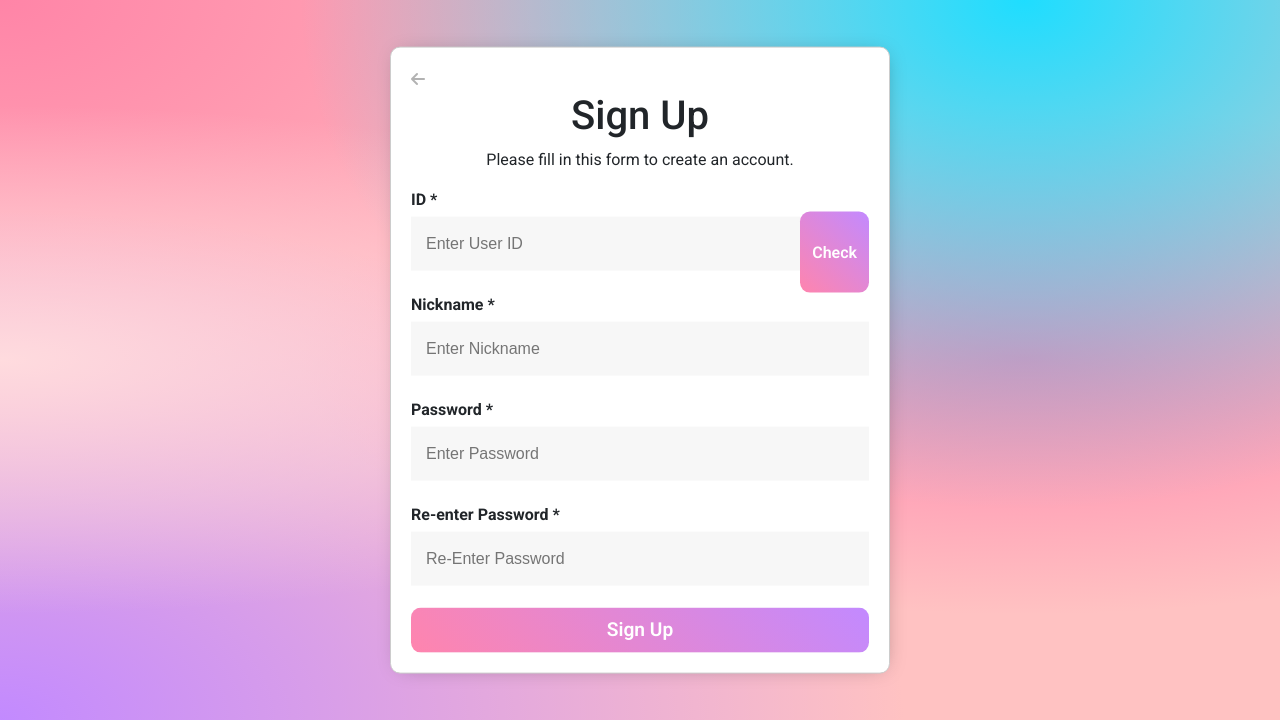
Repository: Jae-yi/JSPMybatis
Page: http://localhost/JspMybatisSub/WEB-INF/views/page/register.jsp
An editor plug-in stored every save of this project. The page is shown before and after the next save, followed by the edit.
The browser window is 1280 px wide. The pictures show the whole page.
Some web fonts or font styles are not loaded; a fallback is used. Some web libraries are served in a nearby version. The page is served by Tomcat 9. Nobody is signed in. Other server files are loaded and not shown. The template is opened directly, without the code that normally fills it, so the values that code supplies are empty.

Above is the page before, as saved 2023-02-01 11:13:17.

### JspMybatisSub/src/main/webapp/WEB-INF/views/page/register.jsp
<%@ page language="java" contentType="text/html; charset=UTF-8"
	pageEncoding="UTF-8"%>
<!DOCTYPE html>
<html>
<%@ include file="../include/style.jsp"%>
<link href="resources/css/register.css" rel="stylesheet" type="text/css">
<head>
<meta charset="UTF-8">
<script src="https://kit.fontawesome.com/3f27d28028.js"
	crossorigin="anonymous"></script>
<script src="https://ajax.aspnetcdn.com/ajax/jQuery/jquery-3.3.1.min.js"></script>
<script>

	// 아이디 중복체크 여부 체크
	var idck = 0;

	$(document).ready(function() {

		//뒤로가기 버튼
		$("#goBack").click(function(e) {
			e.preventDefault();
			history.back();
		})

		// 아이디 중복체크
		$("#duplIdCheck").click(function(e) {
			e.preventDefault();
			duplIdCheck();
		})

		// 회원가입
		$("#submitBtn").click(function(e) {
			e.preventDefault();
			signUp();
		})

	});

	// 비밀번호 일치 여부 확인
	$(function() {
		$("#pwdSuccess").hide();
		$("#pwdFail").hide();
		$("#rePwd").keyup(function() {
			var pwd = $("#pwd").val();
			var rePwd = $("#rePwd").val();
			if (rePwd == "") {
				$("#pwdSuccess").hide();
				$("#pwdFail").hide();
			} else if (pwd != "" || rePwd != "") {
				if (pwd == rePwd) {
					$("#pwdSuccess").show();
					$("#pwdFail").hide();
					$("#rePwd").removeClass("is-invalid")
					$("#submitBtn").removeAttr("disabled");
				} else {
					$("#pwdSuccess").hide();
					$("#pwdFail").show();
					$("#rePwd").addClass("is-invalid")
					$("#submitBtn").attr("disabled", "disabled");
				}
			}
		});
	});

	$(function() {
		$("#pwdSuccess").hide();
		$("#pwdFail").hide();
		$("#pwd").keyup(function() {
			var pwd = $("#pwd").val();
			var rePwd = $("#rePwd").val();
			if (rePwd == "") {
				$("#pwdSuccess").hide();
				$("#pwdFail").hide();
			} else if (pwd != "" || rePwd != "") {
				if (pwd == rePwd) {
					$("#pwdSuccess").show();
					$("#pwdFail").hide();
					$("#rePwd").removeClass("is-invalid")
					$("#submitBtn").removeAttr("disabled");
				} else {
					$("#pwdSuccess").hide();
					$("#pwdFail").show();
					$("#rePwd").addClass("is-invalid")
					$("#submitBtn").attr("disabled", "disabled");
				}
			}
		});
	});

	function duplIdCheck() {
		//비동기 통신 선언 (ajax)
		$.ajax({
			type : "GET",
			url : "/idDuplCheck",
			dataType : "json",
			data : {
				id : $('#id').val(),
			}, //전송할 데이터
			success : function(data) {

				if (data.duplId == true) {
					alert('중복된 아이디입니다. 다른 아이디를 사용해주세요.');
				} else {
					alert('사용가능한 아이디입니다.');
					idck = 1;
				}
			},

		});

	};

	function signUp() {

		if (idck == 0) {
			alert('아이디 중복여부를 체크해주세요.')
		} else {
			//비동기 통신 선언 (ajax)
			$.ajax({
				type : "POST",
				url : "/signUp",
				dataType : "json",
				data : {
					id : $('#id').val(),
					pwd : $('#pwd').val(),
					nickname : $('#nickname').val(),
				}, //전송할 데이터
				success : function(data) {

					if (data.signUp == true) {
						alert('🎉 회원가입에 성공하였습니다! 🎉');
						location.href = "/";

					} else {
						alert('회원가입에 실패하였습니다😭');
					}
				},

			});
		}
	};
</script>
</head>
<body>
	<form>
		<div class="container">
			<i class="fa-sharp fa-solid fa-arrow-left" id="goBack"></i>
			<h1 style="text-align: center">Sign Up</h1>
			<p style="text-align: center">Please fill in this form to create
				an account.</p>

			<label for="email"><b>ID *</b></label>
			<div id ="idInputDiv" style="display:flex">
			<input type="text"
				name="username" id = "id" placeholder="Enter User ID" required>
			<button type="button" class="btn btn-outline-primary" id="duplIdCheck">Check</button>
			</div>
			<label
			for="nickname"><b>Nickname *</b></label>
			<input type="text" id="nickname"
			placeholder="Enter Nickname" name="nickname" required>
			<label
			for="psw"><b>Password *</b></label>
			<input type="password" id="pwd"
			placeholder="Enter Password" name="pwd" required>
			<label
			for="rePwd"><b>Re-enter Password *</b></label>
			 <input type="password" id="rePwd"
			placeholder="Re-Enter Password" name="rePwd" required>
			<span id="pwdFail" style="color:red;"><strong>비밀번호가 일치하지 않습니다.</strong></span>
			<span id="pwdSuccess" style="color:blue;"><strong>비밀번호가 일치합니다.</strong></span>

			<button type="submit" class="submitBtn" id="submitBtn">Sign Up</button>
		</div>
	</form>
</body>
</html>

### JspMybatisSub/src/main/webapp/WEB-INF/views/include/style.jsp
<%@ page language="java" contentType="text/html; charset=UTF-8"
	pageEncoding="UTF-8"%>
<head>
<meta charset="UTF-8">
<title>INTELLIJ2's PROJECT</title>

<!-- Bootstrap : CSS only -->
<link
	href="https://cdn.jsdelivr.net/npm/bootstrap@5.3.0-alpha1/dist/css/bootstrap.min.css"
	rel="stylesheet"
	integrity="sha384-GLhlTQ8iRABdZLl6O3oVMWSktQOp6b7In1Zl3/Jr59b6EGGoI1aFkw7cmDA6j6gD"
	crossorigin="anonymous">
<script
	src="https://cdn.jsdelivr.net/npm/bootstrap@5.3.0-alpha1/dist/js/bootstrap.bundle.min.js"
	integrity="sha384-w76AqPfDkMBDXo30jS1Sgez6pr3x5MlQ1ZAGC+nuZB+EYdgRZgiwxhTBTkF7CXvN"
	crossorigin="anonymous"></script>

<!-- Bootstrap : JavaScript Bundle with Popper -->
<script
	src="https://cdn.jsdelivr.net/npm/@popperjs/core@2.11.6/dist/umd/popper.min.js"
	integrity="sha384-oBqDVmMz9ATKxIep9tiCxS/Z9fNfEXiDAYTujMAeBAsjFuCZSmKbSSUnQlmh/jp3"
	crossorigin="anonymous"></script>
<script
	src="https://cdn.jsdelivr.net/npm/bootstrap@5.3.0-alpha1/dist/js/bootstrap.min.js"
	integrity="sha384-mQ93GR66B00ZXjt0YO5KlohRA5SY2XofN4zfuZxLkoj1gXtW8ANNCe9d5Y3eG5eD"
	crossorigin="anonymous"></script>

<!-- JQuery -->
<script src=https://cdnjs.cloudflare.com/ajax/libs/jquery/3.6.3/jquery.min.js></script>

</head>

### JspMybatisSub/src/main/webapp/resources/css/register.css
@charset "EUC-KR";
@import url('https://fonts.googleapis.com/css2?family=Poppins:wght@400;500;600&family=Roboto+Condensed:wght@700&family=Roboto:wght@300;400;500;600;700&display=swap');

body {
	font-family: 'Roboto', sans-serif;
	background-color:#f7f7f7;
}
* {box-sizing: border-box}

body {
  background-color: #fff9f9;
  min-height: 700px;
  min-width: 700px;
  height: 100vh;
  width: 100vw;
  background-color:hsla(0,100%,88%,1);
  background-image:
radial-gradient(at 80% 0%, hsla(189,100%,56%,1) 0px, transparent 50%),
radial-gradient(at 0% 50%, hsla(355,100%,93%,1) 0px, transparent 50%),
radial-gradient(at 80% 50%, hsla(340,100%,76%,1) 0px, transparent 50%),
radial-gradient(at 0% 100%, hsla(269,100%,77%,1) 0px, transparent 50%),
radial-gradient(at 0% 0%, hsla(343,100%,76%,1) 0px, transparent 50%);
}

i {
  width: 10%;
  color: rgba(0,0,0,0.3);
}

/* Add padding to container elements */
.container {
    padding: 20px;
      width:500px;
    position: absolute;
    left: 50%;
    top: 50%;
    transform: translate(-50%, -50%);
      border:1px solid #ccc;
      border-radius:10px;
      background:white;
  -webkit-box-shadow: 2px 1px 21px -9px rgba(0,0,0,0.38);
  -moz-box-shadow: 2px 1px 21px -9px rgba(0,0,0,0.38);
  box-shadow: 2px 1px 21px -9px rgba(0,0,0,0.38);
  }

/* Full-width input fields */
input[type=text], input[type=password] {
  width: 100%;
  padding: 15px;
  margin: 5px 0 22px 0;
  display: inline-block;
  border: none;
  background: #f7f7f7;
	font-family: Montserrat,Arial, Helvetica, sans-serif;
}
select {
  width: 18%;
  padding: 15px;
  margin: 5px 0 22px 0;
  display: inline-block;
  border: none;
  background: #f7f7f7;
	font-family: Montserrat,Arial, Helvetica, sans-serif;
}

input[type=phone] {
  width: 81%;
  padding: 15px;
  margin: 5px 0 22px 0;
  display: inline-block;
  border: none;
  background: #f7f7f7;
}

input[type=text]:focus, input[type=password]:focus, input[type=phone]:focus, select:focus {
  background-color: #ddd;
  outline: none;
}

#idInputDiv > button {
  border: none;
  border-radius: 10px;
  font-size: 1rem;
  background-image: linear-gradient(43deg, hsla(340,100%,76%,1) 0%, hsla(269,100%,77%,1) 100%);
  color: white;
  font-weight: 600;
}

.submitBtn {
  border: none;
  padding:0.5rem;
  width: 100%;
  border-radius: 10px;
  font-size: 1.2rem;
  background-image: linear-gradient(43deg, hsla(340,100%,76%,1) 0%, hsla(269,100%,77%,1) 100%);
  color: white;
  font-weight: 600;
}

.submitBtn:disabled {
	opacity:0.7;
}

.submitBtn:hover {
  opacity:1;
}

After the next save:
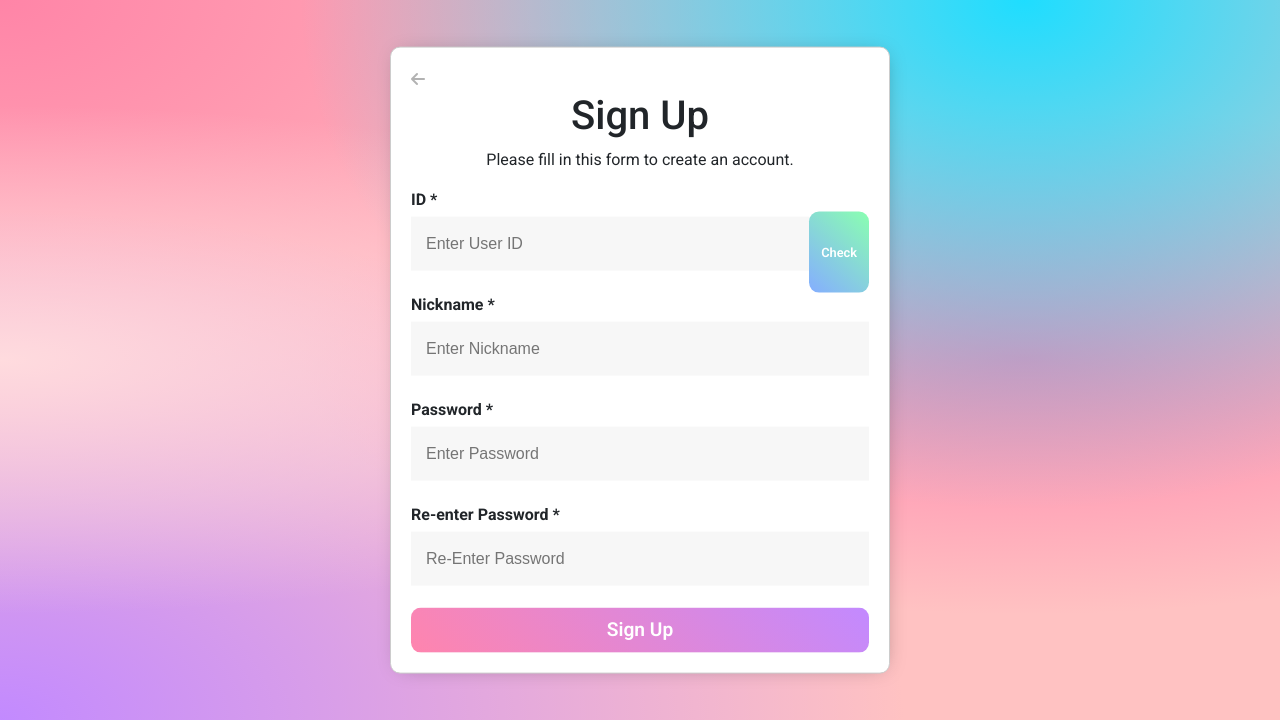
Saved 9 min 41 s later.
--- a/JspMybatisSub/src/main/webapp/resources/css/register.css
+++ b/JspMybatisSub/src/main/webapp/resources/css/register.css
@@ -80,8 +80,8 @@ input[type=text]:focus, input[type=password]:focus, input[type=phone]:focus, sel
 #idInputDiv > button {
   border: none;
   border-radius: 10px;
-  font-size: 1rem;
-  background-image: linear-gradient(43deg, hsla(340,100%,76%,1) 0%, hsla(269,100%,77%,1) 100%);
+  font-size: 0.8rem;
+  background-image: linear-gradient(43deg, hsla(220,100%,76%,1) 0%, hsla(500,100%,77%,1) 100%);
   color: white;
   font-weight: 600;
 }
